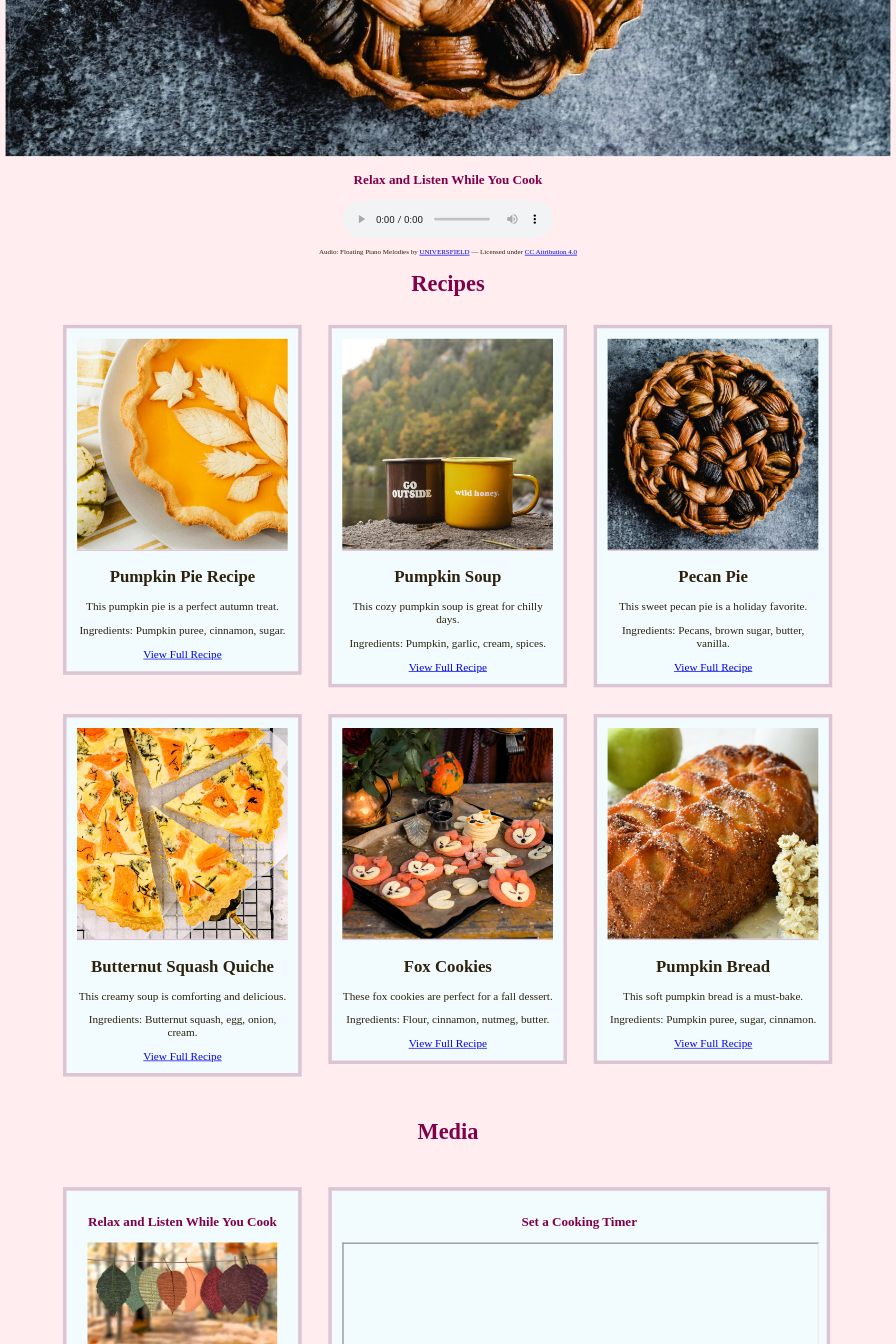
Repository: Brittany-Westlund/MART341-WebDesign
Page: WebDesignHomework/Assignment8/recipes.html
An editor plug-in stored every save of this project. The page is shown before and after the next save, followed by the edit.
The browser window is 1280 px wide. The pictures show the part of the page from y = 700 to 2620 px (the page is 2884 px tall before and 2746 px after), at 70% of full size.
Pictures or frames that could not be fetched are drawn as grey boxes.

Above is the page before, as saved 2024-10-13 14:31:23.

After the next save:
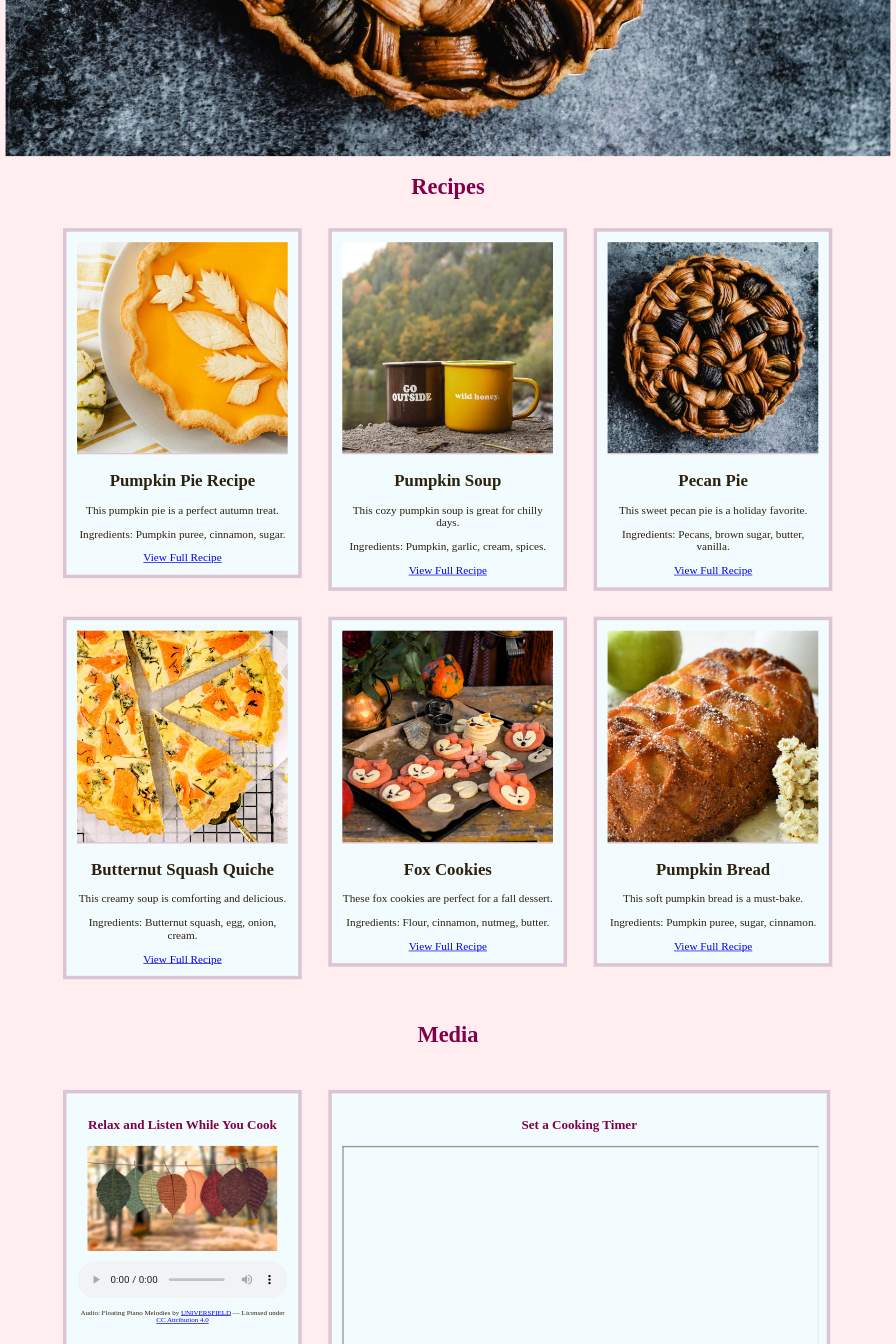
Saved 90 s later.
--- a/WebDesignHomework/Assignment8/recipes.html
+++ b/WebDesignHomework/Assignment8/recipes.html
@@ -95,18 +95,6 @@
     <img src="images/autumn-slices-pie-optimized.jpg" style="width: 100%;" alt="Autumn Pie">
 
 
-<!-- Audio element -->
-    <h3>Relax and Listen While You Cook</h3>
-    <div style="text-align: center;">
-        <audio controls loop>
-            <source src="audio/floating-piano-melodies.mp3" type="audio/mpeg">
-            Your browser does not support the audio element. <!-- Fallback text -->
-        </audio>
-        <!-- Audio attribution (attribution text provided by freesound after download) -->
-        <p style="font-size: 10px;">Audio: Floating Piano Melodies by <a href="https://freesound.org/s/723971/" target="_blank">UNIVERSFIELD</a> — Licensed under <a href="https://creativecommons.org/licenses/by/4.0/" target="_blank">CC Attribution 4.0</a></p>
-    </div>
-
-
 <!-- Recipe section -->
     <h1 style="text-align: center;">Recipes</h1>
     <div class="recipe-section">
